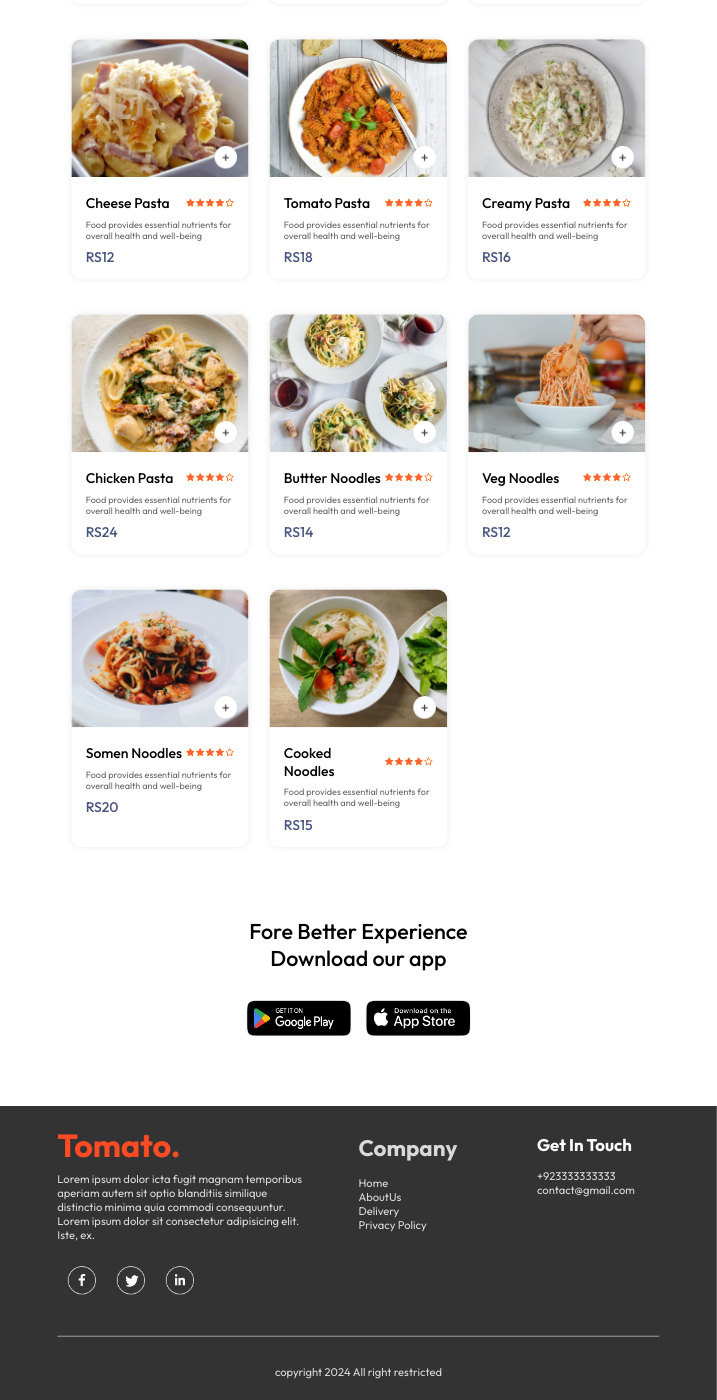
Repository: Attar786/Food-ordering-app
Page: / (app in frontend/)
These files come from the project's save history. The page is drawn as it stood at one moment and after the next save; the edit follows.
The browser window is 1024 px wide. The pictures show the part of the page from y = 4170 to 6410 px (the page is 6170 px tall before and 6410 px after), at 70% of full size.
The project was rebuilt for these pictures with package versions that can differ from the ones it lists, and the page was loaded fresh each time. Also part of the build but not shown: frontend/vite.config.js, frontend/src/pages/Cart/Cart.css, frontend/src/pages/Cart/Cart.jsx, frontend/src/pages/PlaceOrder/PlaceOrder.css, frontend/src/pages/PlaceOrder/PlaceOrder.jsx.

Above is the page before, as saved 2024-07-29 15:26:44.

### frontend/src/main.jsx
import ReactDOM from 'react-dom/client'
import App from './App.jsx'
import './index.css'
import {BrowserRouter} from 'react-router-dom'
import StoreContextProvider from './context/StoreContext.jsx'
ReactDOM.createRoot(document.getElementById('root')).render(
<BrowserRouter>

<StoreContextProvider>
<App />
</StoreContextProvider>

    </BrowserRouter>
)

### frontend/src/App.jsx
import './index.css'
import Navbar from "./components/Navbar/Navbar"
import Home from './pages/Home/Home'
import Cart from './pages/Cart/Cart'
import PlaceOrder from './pages/PlaceOrder/PlaceOrder'
import { Route, Routes } from 'react-router-dom'
import Footer from './components/Footer/Footer'


function App() {

  return (
    <>

  <div className='app'>
  <Navbar/>
<Routes>
<Route path='/' element={<Home/>}/>
<Route path='/cart' element={<Cart/>}/>
<Route path='/order' element={<PlaceOrder/>}/>

</Routes>
  </div>
  <Footer/>
    </>
  )
}

export default App

### frontend/src/index.css
@import url('https://fonts.googleapis.com/css2?family=Outfit:wght@100..900&display=swap');


*{
margin: 0;
padding: 0;
 box-sizing: border-box;
 font-family: outfit;
}
body{
height: 100vh;
}
a{
text-decoration: none;
color : inherit;
}
.app{
    width: 80%;
    margin: auto;
}
@keyframes fadeIn{
    0%{
        opacity: 0;
    }
    100%{
        opacity: 1;
    }
}

### frontend/src/context/StoreContext.jsx
import './StoreContext.css';
import { createContext, useEffect, useState } from 'react';
import { food_list } from '../assets/assets'; // Ensure this path is correct and food_list is correctly exported

export const StoreContext = createContext(null);

const StoreContextProvider = (props) => {
  const [cartItems, setCartItems] = useState({});

  const addToCart = (itemId) => {
    if (!cartItems[itemId]) {
      setCartItems((prev) => ({ ...prev, [itemId]: 1 }));
    } else {
      setCartItems((prev) => ({ ...prev, [itemId]: prev[itemId] + 1 }));
    }
  };

  const removeFromCart = (itemId) => {
    setCartItems((prev) => {
      const newCount = prev[itemId] - 1;
      if (newCount <= 0) {
        const { [itemId]: _, ...rest } = prev;
        return rest;
      } else {
        return { ...prev, [itemId]: newCount };
      }
    });
  };

  useEffect(() => {
    console.log(cartItems);
  }, [cartItems]);

  const contextValue = {
    food_list,
    cartItems,
    setCartItems,
    addToCart,
    removeFromCart,
  };

  return (
    <StoreContext.Provider value={contextValue}>
      {props.children}
    </StoreContext.Provider>
  );
};

export default StoreContextProvider;

### frontend/src/components/Navbar/Navbar.jsx
import { useState } from 'react';
import './Navbar.css';
import { assets } from '../../assets/assets';

const Navbar = () => {
  const [menu, setMenu] = useState("home");

  const handleMenuClick = (menuItem) => {
    setMenu(menuItem);
  };

  return (
    <div className="Navbar">
      <img src={assets.logo} alt="Logo" className="logo" />
      <ul className="navbar-menu">
        <li onClick={() => handleMenuClick("home")} className={menu === "home" ? "active" : ""}>Home</li>
        <li onClick={() => handleMenuClick("menu")} className={menu === "menu" ? "active" : ""}>Menu</li>
        <li onClick={() => handleMenuClick("mobile-app")} className={menu === "mobile-app" ? "active" : ""}>Mobile App</li>
        <li onClick={() => handleMenuClick("contact-us")} className={menu === "contact-us" ? "active" : ""}>Contact Us</li>
      </ul>
      <div className="navbar-right">
        <img src={assets.search_icon} alt="search-icon" />
        <div>
          <img src={assets.basket_icon} alt="icons" />
          <div className="dot"></div>
        </div>
        <button>Sign In</button>
      </div>
    </div>
  );
}

export default Navbar;

### frontend/src/pages/Home/Home.jsx
import {useState} from 'react'
import Header from '../../components/Header/Header'
import ExploreMenu from '../../components/ExploreMenu/ExploreMenu'
import './Home.css'
import FoodDisplay from '../../components/FoodDisplay/FoodDisplay'
import AppDownload from '../../components/AppDownload/AppDownload'

const Home = () => {
    const [category , setCategory ] = useState('All')
  return (
    <>
<Header/>
<ExploreMenu category={category} setCategory={setCategory}/>
<FoodDisplay category={category} />
<AppDownload/>

</>
)
}

export default Home

### frontend/src/components/Footer/Footer.jsx
import "./Footer.css"
import { assets } from "../../assets/assets"
const Footer = () => {
  return (
    <div className="footer" id="footer">
<div className="footer-content">
    <div className="footer-content-left">
        <img src={assets.logo} alt="fsf" />
    <p>  Lorem ipsum dolor icta fugit magnam temporibus aperiam autem sit optio blanditiis similique distinctio minima quia commodi consequuntur. Lorem ipsum dolor sit consectetur adipisicing elit. Iste, ex.</p>
    <div className="footer-social-icons">
        <img src={assets.facebook_icon} alt="" />
        <img src={assets.twitter_icon} alt="" />
        <img src={assets.linkedin_icon} alt="" />
    </div>

    </div>
    <div className="footer-content-center">
    <h1>Company</h1>
        <ul>
        <li>Home</li>
        <li>AboutUs</li>
        <li>Delivery</li>
        <li>Privacy Policy</li>
        </ul>
    </div>
    <div className="footer-content-right">
        <h2>Get In Touch</h2>
        <ul>
            <li>
                +923333333333
            </li>
            <li>
                contact@gmail.com
            </li>
        </ul>
    </div>
</div>
<hr/>
<p className="footer-copyright">
copyright 2024 All right restricted
</p>

    </div>
  )
}

export default Footer

### frontend/src/components/Navbar/Navbar.css
.Navbar{
    padding: 20px 0;
    display: flex;
    justify-content: space-between;
    align-items: center;
}
.Navbar .logo{
    width: 150px;
}
.navbar-menu{
    display: flex;
    list-style: none;
    gap: 20px;
    font: 18px;
    color: #49557e;
    cursor: pointer;
}
.navbar-right{
    display: flex;
    align-items: center;
    gap: 25px;

}
.Navbar button{
    font-size: 15px;
    border: 1px solid #49557e;
    background: transparent;
    padding: 10px 25px;
    cursor: pointer;
    border-radius: 40px;
    transition: 0.3s;
}
.Navbar button:hover{
    background-color: #fff4f2;
}
.Navbar .navbar-menu .active{
    padding-bottom: 2px;
    border-bottom: 2px solid #49557e;

}
.search-icon{
    position: relative;
}
/* .search-icon .dot{ */
    /* position: absolute;
    top: -5px;
    right: -5px;
    width: 10px;
    height: 10px;
    background-color: blue;
    border-radius: 50%;
} */
.dot {
    position: absolute;
    top: 12px; /* Adjust as needed */
    right: 268px; /* Adjust as needed */
    width: 10px;
    height: 10px;
    background-color: tomato;
    border-radius: 50%;}
    @media (max-width: 1050px)
    {
        .Navbar .logo{
            width: 140px;
        }
        .Navbar-menu{
            gap: 20px;
            font-size: 17px;
        }
        .Nav-right {
            gap: 30px;
        };
        .Navbar-right img{
            width: 22px;
        }
        .Navbar-right button{
            padding: 8px 25px;
        };

    }

    @media (max-width: 900px)
    {
        .Navbar .logo{
            width: 110px;
        }
        .Navbar-menu{
            gap: 15px;
            font-size: 16px;
        }
        .Nav-right {
            gap: 20px;
        }
        .Navbar-right img{
            width: 20px;
        }
        .Navbar-right button{
            padding: 7px 15px;
            font-size: 10px;
        }
    }

    @media (max-width: 750px)
    {

        .navbar-menu{
            display: none;;
        }
    }

### frontend/src/components/Header/Header.jsx
import "./Header.css";
const Header = () => {
  return (
    <div className="header">
      <div className="header-contents">
        <h2>Order your Favourite Food Here</h2>
        <p>
          Lorem ipsum dolor sit amet consectetur adipisicing elit. Ab,
          repudiandae. Odio architecto libero enim minima.
        </p>
        <button>View Menu</button>
      </div>
    </div>
  );
};

export default Header;

### frontend/src/components/ExploreMenu/ExploreMenu.jsx
import './ExploreMenu.css'
import { menu_list } from '../../assets/assets';
import PropTypes from 'prop-types'
const ExploreMenu = ({ category, setCategory }) => {
  return (
    <div className='explore-menu' id='explore-menu'>
      <h1 className='explore-menu-title'>Explore our Menu</h1>
      <p className='explore-menu-text'>Lorem Lorem ipsum dolor sit, amet consectetur adipisicing elit. Perspiciatis aspernatur odit accusamus aperiam alias fugit laudantium pariatur maiores ex vitae corrupti aut, facere modi. Dolorem, exercitationem voluptates? Eius aut nobis quam architecto voluptatum velit maiores, dolorem labore sint quod atque quo, corporis nemo nulla placeat tempore recusandae laudantium. Amet eaque magnam doloribus laborum. Vel, earum? ipsum dolor sit, amet consectetur adipisicing elit. Quam, eos?</p>
      <div className='explore-menu-list'>
        {menu_list.map((item, index) => {
          return (
            <div onClick={() => setCategory(prev => prev === item.menu_name ? "All" : item.menu_name)} key={index} className='explore-menu-list-item'>
              <img className={category === item.menu_name ? "active" : ""} src={item.menu_image} alt="" />
              <p>{item.menu_name}</p>
            </div>
          )
        })}
      </div>
      <hr />
    </div>
  )
}
    ExploreMenu.propTypes = {
    category: PropTypes.string.isRequired,
    setCategory: PropTypes.func.isRequired,
  };

export default ExploreMenu;

### frontend/src/components/FoodDisplay/FoodDisplay.jsx
import { useContext } from 'react';
import './FoodDisplay.css';
import { StoreContext } from '../../context/StoreContext';
import FoodItem from '../FoodItem/FoodItem';

const FoodDisplay = ({ category }) => {
  const { food_list = [] } = useContext(StoreContext); // Provide a default value

  if (!food_list.length) {
    return <div>Loading...</div>; // Handle loading state or error
  }

  return (
    <div className='food-display' id='food-display'>
      <h2>Top Dishes Near To You</h2>
      <div className='food-display-list'>
        {food_list
          .filter(item => category === "All" || category === item.category)
          .map((item, index) => (
            <FoodItem
              key={index}
              id={item._id}
              name={item.name}
              description={item.description}
              price={item.price}
              image={item.image}
            />
          ))}
      </div>
    </div>
  );
};

export default FoodDisplay;

### frontend/src/components/AppDownload/AppDownload.jsx
import { assets } from "../../assets/assets"
import "./AppDownload.css"
const AppDownload = () => {
  return (
    <div className="app-download" id="app-download">
      <p>Fore Better Experience<br />Download our app</p>
    <div className="app-download-platforms">
        <img src={assets.play_store} alt="" />
        <img src={assets.app_store} alt="" />
    </div>


    </div>
  )
}

export default AppDownload

### frontend/src/components/Footer/Footer.css
.footer {
    color: #d9d9d9;
    background-color: hsl(0, 0%, 20%);
    display: flex;
    flex-direction: column;
    align-items: center;
    gap: 20px;
    padding: 30px 8vw; /* Fixed padding syntax */
    padding-top: 40px;
    margin-top: 100px;
}

.footer-content {
    width: 100%;
    display: grid;
    grid-template-columns: 2fr 1fr 1fr;
    gap: 80px;
}

.footer-content-left, .footer-content-center, .footer-content-right {
    display: flex;
    flex-direction: column;
    align-items: start;
    gap: 20px;
}

.footer-content-left li, .footer-content-center li, .footer-content-right li {
    list-style: none;
    cursor: pointer;
}
.footer-content-center h2, .footer-content-right h2 {
    color: white;
}
.footer-social-icons img {
width: 40px;
margin: 15px;
}
.footer hr{
    width: 100%;
    height: 2px;
    margin: 20px 0;
    background-color : gray;
    border: none;
}
@media (max-width: 1050px) {

}

### frontend/src/components/Header/Header.css
.header{
    height: 35vw;
    margin: 30px auto;
    background: url('/header_img.png') no-repeat;
    background-size: contain;
    position: relative;
}
.header-contents{
position: absolute;
display: flex;
flex-direction: column;
align-items: start;
gap: 1.5vw;
max-width: 50%;
bottom: 10%;
left: 6vw;
animation: fadeIn 3s;
}

.header-contents h2{
    font-weight: 500;
    color: white;
    font-size: max(4.5vw, 22px);
}
.header-contents p{
    color: white;
    font-size: 1vw;

}
.header-contents button{
    font-weight: 500;
    color: #747474;
    border: none;
    padding: 1vw 2.3vw;
    background-color: white;
    border-radius: 50px;
    font-size: max(1vw,12px);
}
@media (max-width:1050px) {

    .header-contents{
        max-width: 45%;
    }
}

@media (max-width:750px) {
    .header-contents{
        max-width: 65%;
    }
    .header-contents p{
display: none;    }
}

### frontend/src/components/ExploreMenu/ExploreMenu.css
.explore-menu{
    display: flex;
    flex-direction: column;
    gap: 20px;
}
.explore-menu h1{
    color: #262626;
    font-weight: 500;
}
.explore-menu-text{
    max-width: 60%;
    columns: #808080;
}
.explore-menu-list {
    display: flex;
    justify-content: space-between;
    align-items:center;
    gap: 30px;
    text-align: center;
    margin: 20px 0px;
    overflow: scroll;
}
.explore-menu-list::-webkit-scrollbar{
    display: none;
}
.explore-menu-list-item img{
    width: 7.5vw;
    min-width: 85px;
    cursor: pointer;
    border-radius: 50%;
    transition: 0.3s;
}

.explore-menu-list-item p{
    cursor: pointer;
    color: #747474;
    font-size: max(1.4vw, 16px)
}
.explore-menu hr{
    margin: 10px 0px;
    height: 2px;
    color: #e2e2e2;
    border: none;
}
.explore-menu-list-item .active{
    border:3px solid tomato;
    padding: 2px;
}

@media (max-width:1050px) {
    .explore-menu-text{
        max-width: 100%;
        font-size: 14px;
    }
}

### frontend/src/components/FoodDisplay/FoodDisplay.css
.food-display{
    margin-top: 30px;
}
.food-display h2{
    font-size: max(2vw, 24px);
    font-weight: 600;
}
.food-display-list{
    display: grid;
    grid-template-columns: repeat(auto-fill,minmax(240px,1fr));
    margin-top: 30px;
    gap: 30px;
    row-gap: 50px;
}

### frontend/src/components/FoodItem/FoodItem.jsx
import './FoodItem.css';
import { assets } from '../../assets/assets';
import { useContext } from 'react';
import { StoreContext } from '../../context/StoreContext';

const FoodItem = ({ id, name, price, description, image }) => {
  const { cartItems, addToCart, removeFromCart } = useContext(StoreContext);

  return (
    <div className='food-item'>
      <div className='food-item-img-container'>
        <img className='food-item-image' src={image} alt={name} />
        {
          !cartItems[id]
            ? <img className='add' onClick={() => addToCart(id)} src={assets.add_icon_white} alt="" />
            : <div className='food-item-counter'>
                <img onClick={() => removeFromCart(id)} src={assets.remove_icon_red} alt="" />
                <p>{cartItems[id]}</p>
                <img onClick={() => addToCart(id)} src={assets.add_icon_green} alt="" />
              </div>
        }
      </div>
      <div className='food-item-info'>
        <div className='food-item-name-rating'>
          <p>{name}</p>
          <img src={assets.rating_starts} alt="Rating" />
        </div>
        <p className='food-item-description'>
          {description}
        </p>
        <p className='food-item-price'>RS{price}</p>
      </div>
    </div>
  );
};

export default FoodItem;

### frontend/src/components/AppDownload/AppDownload.css
.app-download{
    margin: auto auto;
    margin-top: 100px;
    font-size: max(3vw, 15px);
    text-align: center;
    font-weight: 500;
}
.app-download-platforms
{
display: flex;
justify-content: center;
gap: max(2vw, 10px);
margin-top: 40px;

}
.app-download-platforms img{
    cursor: pointer;
    width: 150px;
}
.app-download-platforms img:hover{
   transform: scale(1.05);
   transition: 2s ease-in-out;
}

### frontend/src/components/FoodItem/FoodItem.css
.food-item{
    width: 100%;
    border-radius: 15px;
    box-shadow: 0px 0px 10px #00000015;
    transition: 0.3s;
    animation: fadeIn 1s;
}
.food-item-image{
    width: 100%;
    border-radius : 15px 15px 0px 0px;
}

.food-item-info{
    padding: 20px;
}
.food-item-name-rating{
    display: flex;
    justify-content: space-between;
    align-items: center;
    margin-bottom: 10px;
}
.food-item-name-rating p{
    font-size: 20px;
    font-weight: 500;

}
.food-item-name-rating img {
    width: 70px;

}
.food-item-description{
    color: #676767;
    font-size: 13px;
}
.food-item-price{
    margin-top: 10px;
    color: #49557e;
    font-size: 20px;
    font-weight: 500;
}
.food-item-img-container{
    position: relative;
}

.food-item-img-container .add{
    width: 35px;
    position:absolute;
    bottom: 15px;
    right: 15px;
    cursor: pointer;
    border-radius: 50%;
}
.food-item-counter{
    position: absolute;
    bottom: 15px;
    right: 15px;
    background-color: white;
    display: flex;
    align-items: center;
    gap: 10px;
    cursor: pointer;
    padding: 6px;
    border-radius:50px;

}
.food-item-counter img{
    width: 30px;
}

Loaded but not shown: frontend/index.html (common file); frontend/src/assets/assets.js (350 lines, source omitted); frontend/src/context/StoreContext.css (no stored copy; drawn as an empty file); frontend/src/pages/Home/Home.css (no stored copy; drawn as an empty file)

After the next save:
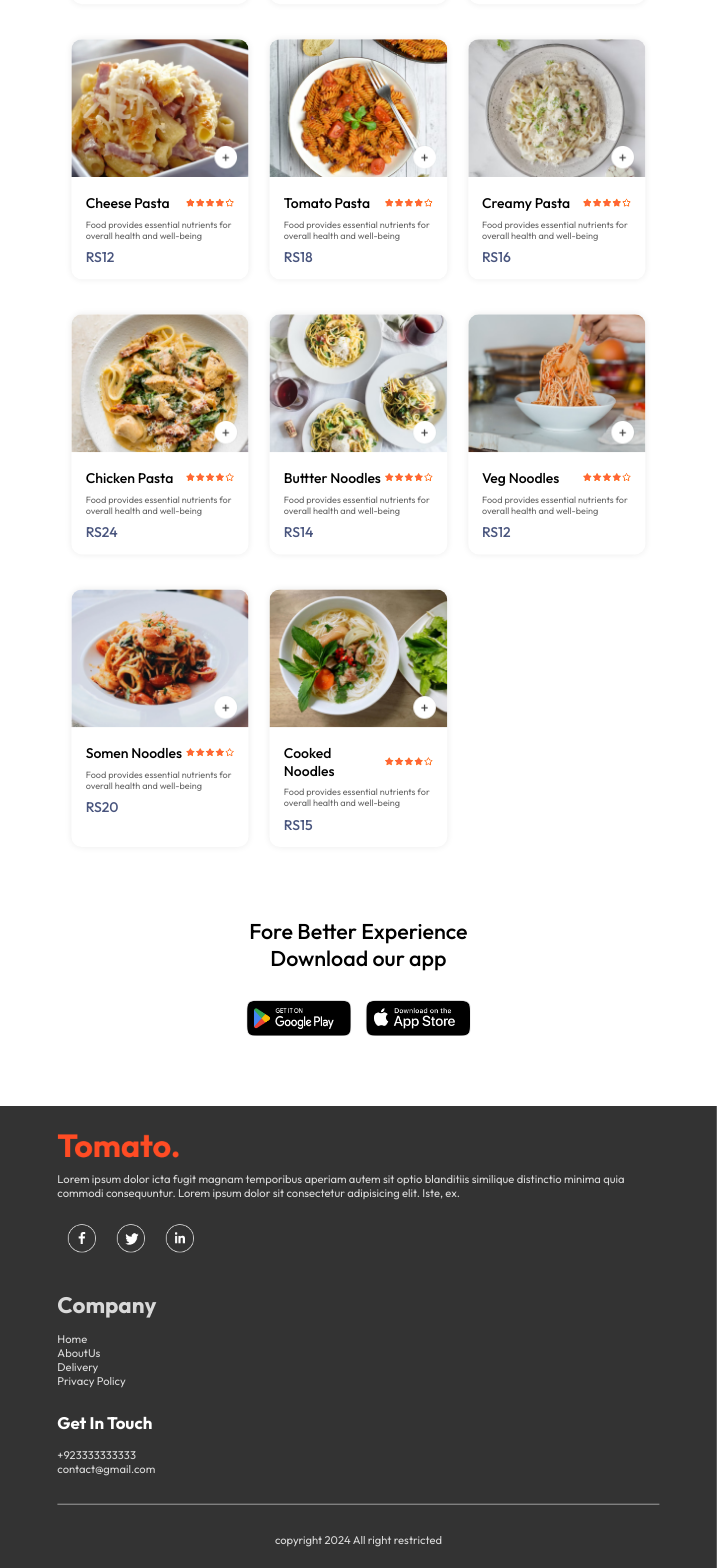
Saved 89 s later.
--- a/frontend/src/components/Footer/Footer.css
+++ b/frontend/src/components/Footer/Footer.css
@@ -43,5 +43,9 @@ margin: 15px;
     border: none;
 }
 @media (max-width: 1050px) {
-
+    .footer-content{
+        display: flex;
+        flex-direction:column;
+        gap: 35px;
+    }
 }
